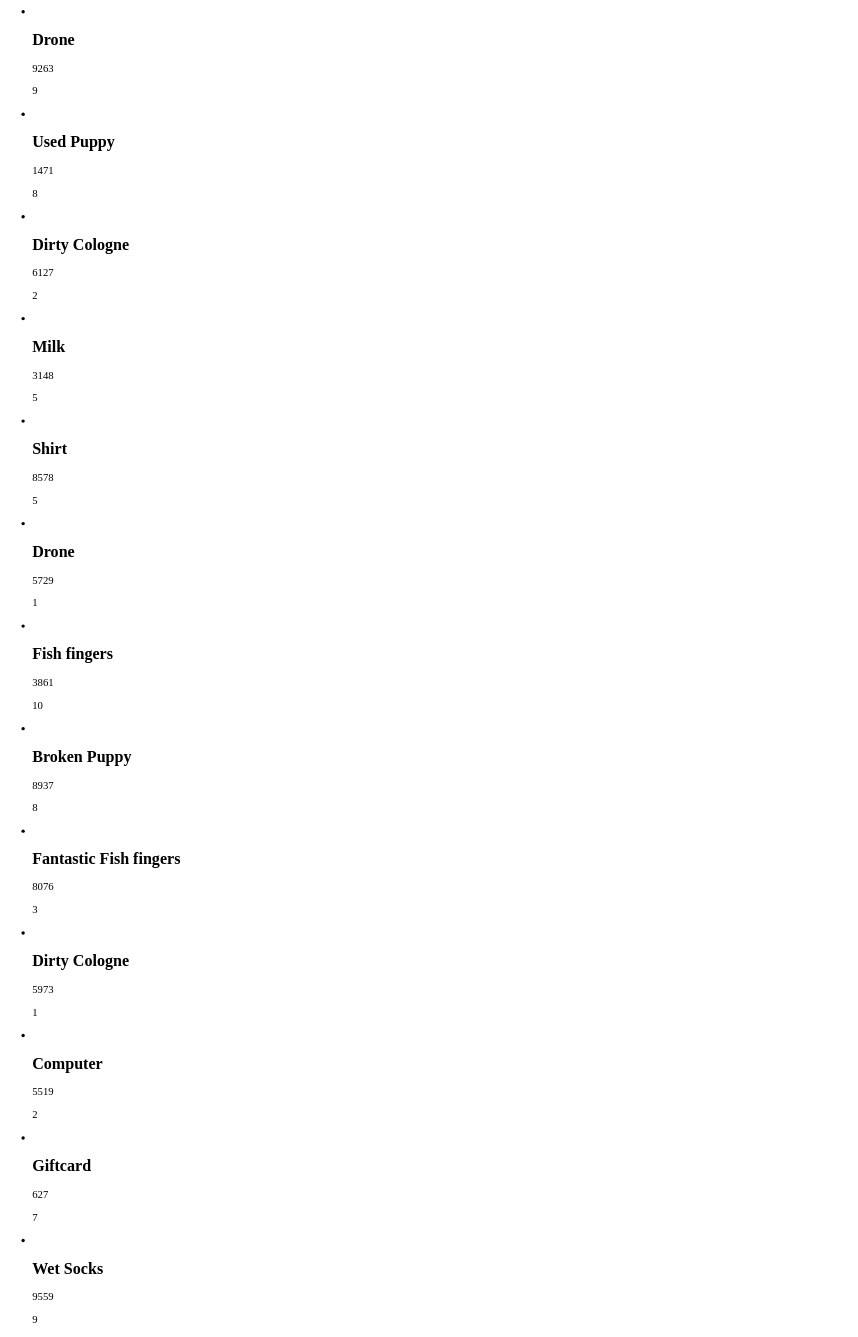
Repository: andrii1/hyf-homework
Page: javascript/javascript2/week1/hyf-bay/index.html
The author's editor kept a copy of each file at every save. The page is drawn from the files as they stood at one save, then again after the next save.
The browser window is 1280 px wide. The pictures show the whole page, at 67% of full size.

Above is the page before, as saved 2022-06-25 16:13:10.

After the next save:
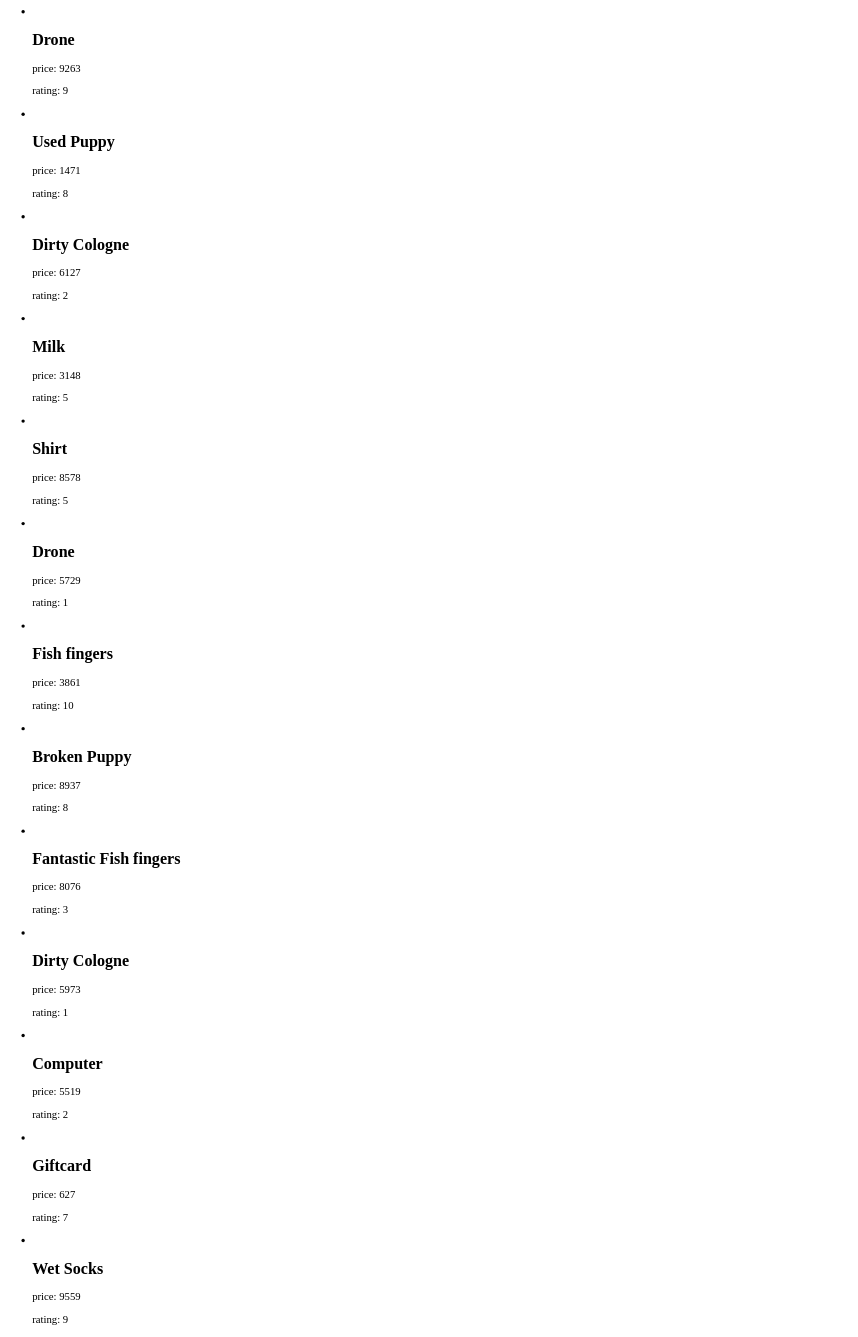
Saved 1 s later.
--- a/javascript/javascript2/week1/hyf-bay/main.js
+++ b/javascript/javascript2/week1/hyf-bay/main.js
@@ -12,8 +12,8 @@ function renderProducts(products) {
     const price = document.createElement("p");
     const rating = document.createElement("p");
     name.innerHTML = products[i].name;
-    price.innerHTML = products[i].price;
-    rating.innerHTML = products[i].rating;
+    price.innerHTML = `price: ${products[i].price}`;
+    rating.innerHTML = `rating: ${products[i].rating}`;
     list.appendChild(listItem);
     list.appendChild(name);
     list.appendChild(price);
